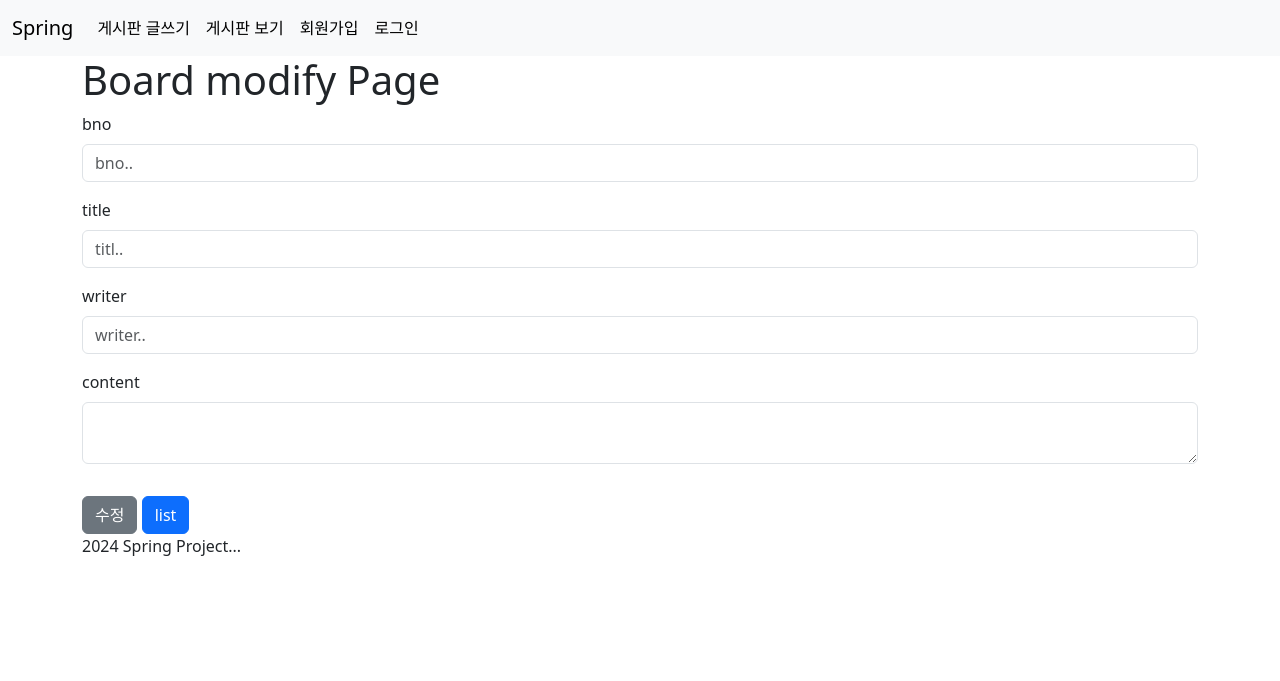
Repository: dlfhrrl12/springtest
Page: http://localhost/spring_study/WEB-INF/views/board/modify.jsp
The author's editor kept a copy of each file at every save. The page is drawn from the files as they stood at one save, then again after the next save.
The browser window is 1280 px wide. The pictures show the whole page.
The page is served by Tomcat 9. Nobody is signed in. The template is opened directly, without the code that normally fills it, so the values that code supplies are empty.

Above is the page before, as saved 2024-04-30 01:03:22.

After the next save:
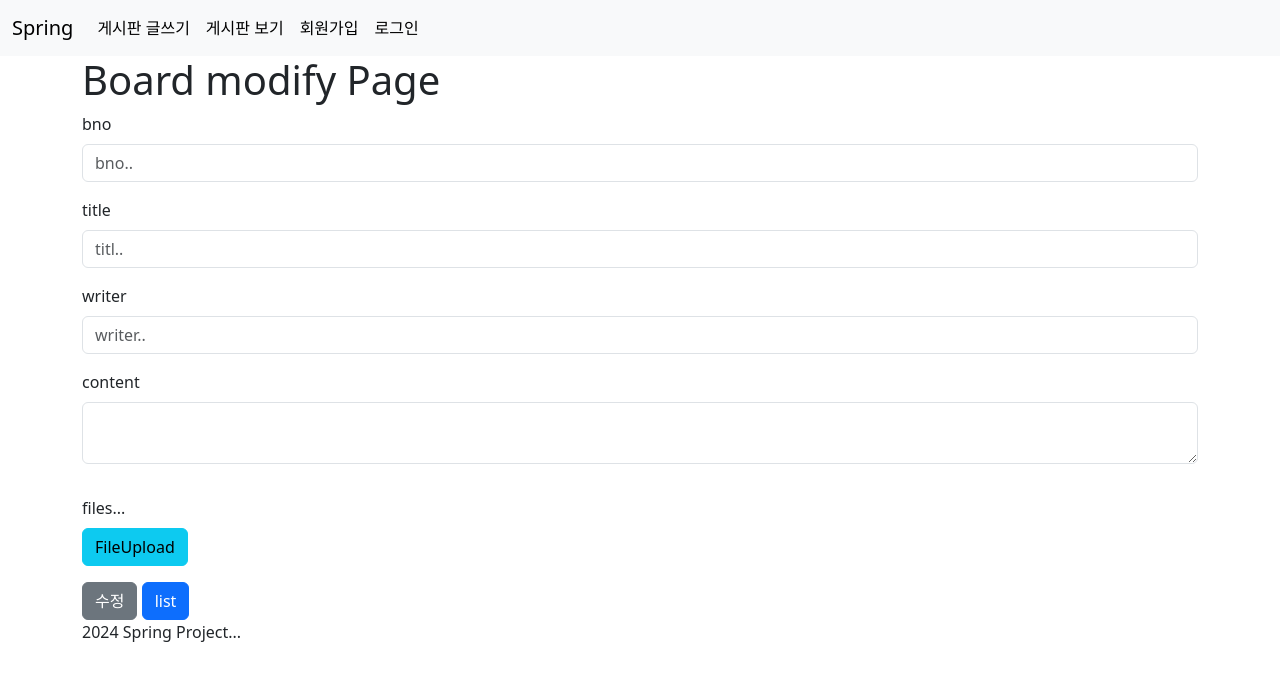
Saved 31 min 29 s later.
--- a/spring_study/src/main/webapp/WEB-INF/views/board/modify.jsp
+++ b/spring_study/src/main/webapp/WEB-INF/views/board/modify.jsp
@@ -22,6 +22,10 @@
 			  <label for="c" class="form-label">content</label>
 			  <textarea class="form-control" id="c" name="content" aria-label="With textarea">${bvo.content }</textarea>
 			</div>
+			<!-- 파일 추가 -->
+
+
+
 			<!-- 파일 표시 -->
 			<c:set value="${bdto.flist}" var="flist"></c:set>
 			<div class="mb-3">
@@ -54,7 +58,19 @@
 					</c:forEach>
 	  			</ul>
 	  			</div>
-			<button type="submit" class="btn btn-secondary">수정</button>
+
+	  			<!-- 파일 입력 라인 추가 -->
+			<div class="mb-3">
+		  		<label for="file" class="form-label">files...</label>
+		  		<input type="file" class="form-control" name="files" id="file" multiple="multiple" style="display: none"> <br>
+		  		<button type="button" class="btn btn-info" id="trigger">FileUpload</button>
+			</div>
+			<!-- 파일 목록 표시라인 -->
+			<div class="mb-3" id="fileZone">
+
+			</div>
+
+			<button type="submit" class="btn btn-secondary" id="regBtn">수정</button>
 			<a href="/board/list"><button type="button" class="btn btn-primary">list</button></a>
 			</form>
 
